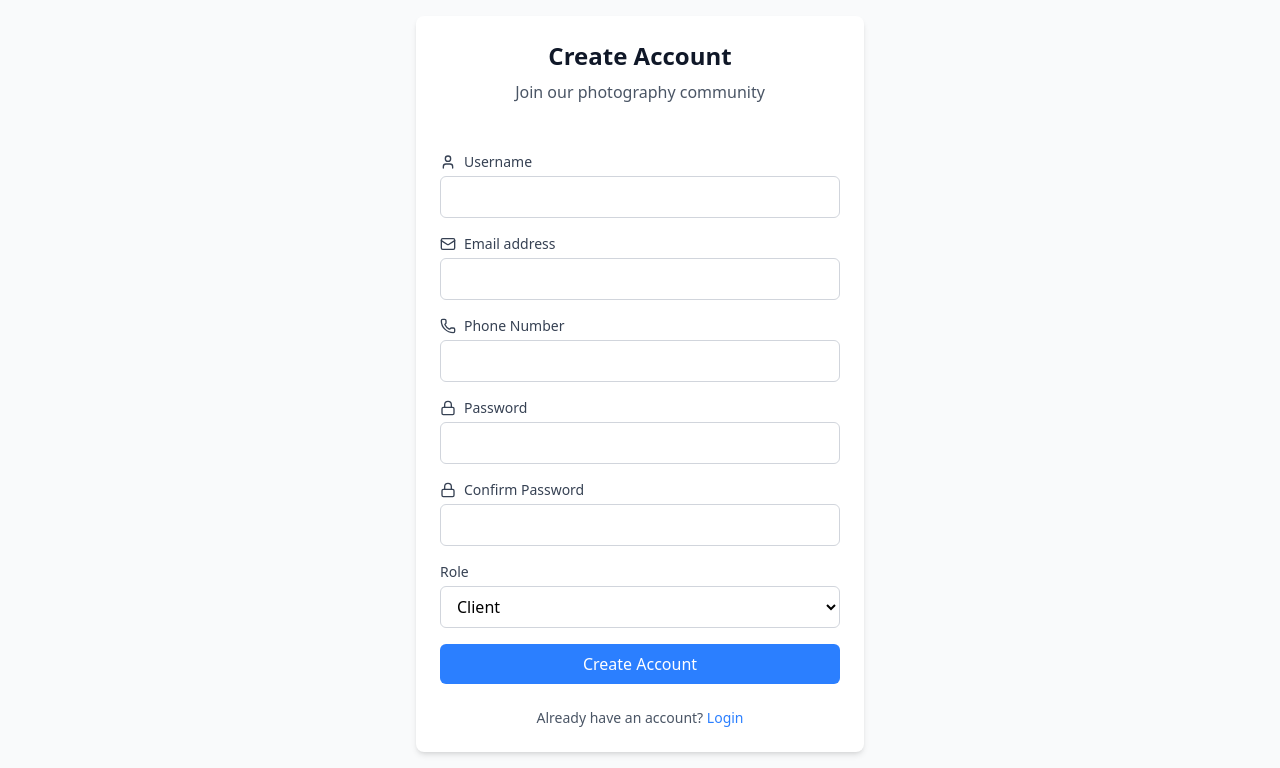
Repository: iamsirajacharya/FYP_Photographer_Booking_system
Page: /register (app in FrontEnd/)
The author's editor kept a copy of each file at every save. The page is drawn from the files as they stood at one save, then again after the next save.
The browser window is 1280 px wide. The pictures show the whole page.
The project was rebuilt for these pictures with package versions that can differ from the ones it lists, and the page was loaded fresh each time. Also part of the build but not shown: FrontEnd/src/components/Dashboard/Banner.jsx, FrontEnd/src/components/Dashboard/Navbar.jsx, FrontEnd/src/components/Dashboard/Home.jsx, FrontEnd/src/components/Authentication/Login.jsx.

Above is the page before, as saved 2025-03-01 13:10:44.

### FrontEnd/index.html
<!DOCTYPE html>
<html lang="en">
  <head>
    <meta charset="UTF-8" />
    <link rel="icon" type="image/svg+xml" href="/vite.svg" />
    <meta name="viewport" content="width=device-width, initial-scale=1.0" />
    <title>Vite + React</title>
    <link href="/src/index.css" rel="stylesheet" />
  </head>
  <body>
    <div id="root"></div>
    <script type="module" src="/src/main.jsx"></script>
  </body>
</html>

### FrontEnd/src/main.jsx
import React from "react";
import { StrictMode } from "react";
import { createRoot } from "react-dom/client";
import "./index.css";
import App from "./App.jsx";
import { BrowserRouter } from "react-router";

createRoot(document.getElementById("root")).render(
  <BrowserRouter>
    <App />
  </BrowserRouter>
);

### FrontEnd/src/App.jsx
import React from "react";
import { Routes, Route } from "react-router";
import Register from "../src/components/Authentication/Register";
import Home from "../src/components/Dashboard/Home";
import Login from "../src/components/Authentication/Login";

function App() {
  return (
    <Routes>
      <Route path="/" element={<Home />} />
      <Route path="/register" element={<Register />} />
      <Route path="/login" element={<Login />} />
    </Routes>
  );
}

export default App;

### FrontEnd/src/components/Authentication/Register.jsx
import React, { useState } from "react";
import axios from "axios";
import { AlertCircle, Camera, User, Mail, Phone, Lock } from "lucide-react";
import { useNavigate } from "react-router-dom";
import ApiLink from "../../api";

const Register = () => {
  const navigate = useNavigate();
  // Form state
  const [formData, setFormData] = useState({
    username: "",
    email: "",
    password: "",
    confirmPassword: "",
    phone: "",
    role: "client",
    // profile_image: null,
    // agreesToTerms: false,
  });

  // Loading and error state
  const [loading, setLoading] = useState(false);
  const [errors, setErrors] = useState({});
  const [successMessage, setSuccessMessage] = useState("");
  // const [photoPreview, setPhotoPreview] = useState(null);

  // Validate form function
  const validateForm = () => {
    const newErrors = {};

    if (!formData.username.trim()) {
      newErrors.username = "Username is required";
    }

    if (!formData.email.trim()) {
      newErrors.email = "Email is required";
    } else if (!/\S+@\S+\.\S+/.test(formData.email)) {
      newErrors.email = "Please enter a valid email";
    }

    if (!formData.phone.trim()) {
      newErrors.phone = "Phone number is required";
    } else if (!/^\+?[\d\s-]{10,}$/.test(formData.phone)) {
      newErrors.phone = "Please enter a valid phone number";
    }

    if (!formData.password) {
      newErrors.password = "Password is required";
    } else if (formData.password.length < 8) {
      newErrors.password = "Password must be at least 8 characters";
    }

    if (!formData.confirmPassword) {
      newErrors.confirmPassword = "Please confirm your password";
    } else if (formData.password !== formData.confirmPassword) {
      newErrors.confirmPassword = "Passwords do not match";
    }

    if (!formData.role.trim()) {
      newErrors.role = "Role is required";
    }

    // if (!formData.agreesToTerms) {
    //   newErrors.agreesToTerms =
    //     "You must agree to the Terms and Privacy Policy";
    // }

    setErrors(newErrors);
    return Object.keys(newErrors).length === 0;
  };

  // Handle input changes
  const handleInputChange = (e) => {
    const { name, value, type, checked } = e.target;
    setFormData({
      ...formData,
      [name]: type === "checkbox" ? checked : value,
    });
  };

  // const handlePhotoUpload = (e) => {
  //   const file = e.target.files[0];
  //   if (file) {
  //     setFormData((prev) => ({ ...prev, profile_image: file }));
  //     setPhotoPreview(URL.createObjectURL(file));
  //   }
  // };

  // Handle form submission
  const handleSubmit = async (e) => {
    e.preventDefault();

    // Validate form first
    if (!validateForm()) {
      return;
    }

    setLoading(true);

    try {
      // For image upload, use FormData
      if (formData.profile_image) {
        const formDataToSend = new FormData();
        formDataToSend.append("username", formData.username);
        formDataToSend.append("email", formData.email);
        formDataToSend.append("password", formData.password);
        formDataToSend.append("phone", formData.phone);
        formDataToSend.append("role", formData.role);
        // formDataToSend.append("profile_image", formData.profile_image);

        const response = await axios.post(
          ApiLink.register.url,
          formDataToSend,
          {
            withCredentials: true,
          }
        );

        console.log("Registration response:", response.data);
      } else {
        // Without image, send regular JSON
        const userData = {
          username: formData.username,
          email: formData.email,
          password: formData.password,
          phone: formData.phone,
          role: formData.role,
        };

        console.log("Sending data:", userData);

        const response = await axios.post(ApiLink.register.url, userData, {
          headers: {
            "Content-Type": "application/json",
          },
          withCredentials: true,
        });

        console.log("Registration response:", response.data);
      }

      setSuccessMessage("Registration successful! Redirecting to login...");

      // Reset form after successful registration
      setFormData({
        username: "",
        email: "",
        password: "",
        confirmPassword: "",
        phone: "",
        role: "client",
        // profile_image: null,
        // agreesToTerms: false,
      });
      setPhotoPreview(null);

      // Redirect to login after a delay
      setTimeout(() => navigate("/login"), 2000);
    } catch (err) {
      console.error("Registration error:", err);
      console.log("Error response data:", err.response?.data);

      if (err.response?.data?.message) {
        setErrors({
          general: err.response.data.message,
        });
      } else if (err.response?.data?.errors) {
        setErrors(err.response.data.errors);
      } else {
        setErrors({
          general: "Registration failed. Please try again.",
        });
      }
    } finally {
      setLoading(false);
    }
  };

  return (
    <div className="min-h-screen bg-gray-50 flex items-center justify-center p-4">
      <div className="max-w-md w-full bg-white rounded-lg shadow-md p-6 space-y-6">
        <div className="text-center">
          <h1 className="text-2xl font-bold text-gray-900">Create Account</h1>
          {successMessage && (
            <p className="text-green-600 text-center">{successMessage}</p>
          )}
          {errors.general && (
            <p className="text-red-600 text-center">{errors.general}</p>
          )}
          <p className="text-gray-600 mt-2">Join our photography community</p>
        </div>

        <form onSubmit={handleSubmit} className="space-y-4">
          <div className="flex justify-center mb-6">
            {/* <div className="relative">
              <div className="w-24 h-24 rounded-full bg-gray-100 flex items-center justify-center overflow-hidden">
                {photoPreview ? (
                  <img
                    src={photoPreview}
                    alt="Profile preview"
                    className="w-full h-full object-cover"
                  />
                ) : (
                  <Camera className="w-8 h-8 text-gray-400" />
                )}
              </div>
              <label
                htmlFor="photo-upload"
                className="absolute bottom-0 right-0 bg-blue-500 rounded-full p-2 cursor-pointer"
              >
                <input
                  type="file"
                  id="photo-upload"
                  className="hidden"
                  accept="image/*"
                  onChange={handlePhotoUpload}
                />
                <span className="text-white text-xl">+</span>
              </label>
            </div> */}
          </div>

          <div className="space-y-4">
            <div>
              <label className="block text-sm font-medium text-gray-700">
                <div className="flex items-center space-x-2">
                  <User className="w-4 h-4" />
                  <span>Username</span>
                </div>
              </label>
              <input
                type="text"
                name="username"
                value={formData.username}
                onChange={handleInputChange}
                className={`mt-1 block w-full rounded-md border ${
                  errors.username ? "border-red-300" : "border-gray-300"
                } px-3 py-2 focus:border-blue-500 focus:outline-none focus:ring-1 focus:ring-blue-500`}
              />
              {errors.username && (
                <p className="mt-1 text-sm text-red-600 flex items-center">
                  <AlertCircle className="w-4 h-4 mr-1" />
                  {errors.username}
                </p>
              )}
            </div>

            <div>
              <label className="block text-sm font-medium text-gray-700">
                <div className="flex items-center space-x-2">
                  <Mail className="w-4 h-4" />
                  <span>Email address</span>
                </div>
              </label>
              <input
                type="email"
                name="email"
                value={formData.email}
                onChange={handleInputChange}
                className={`mt-1 block w-full rounded-md border ${
                  errors.email ? "border-red-300" : "border-gray-300"
                } px-3 py-2 focus:border-blue-500 focus:outline-none focus:ring-1 focus:ring-blue-500`}
              />
              {errors.email && (
                <p className="mt-1 text-sm text-red-600 flex items-center">
                  <AlertCircle className="w-4 h-4 mr-1" />
                  {errors.email}
                </p>
              )}
            </div>

            <div>
              <label className="block text-sm font-medium text-gray-700">
                <div className="flex items-center space-x-2">
                  <Phone className="w-4 h-4" />
                  <span>Phone Number</span>
                </div>
              </label>
              <input
                type="tel"
                name="phone"
                value={formData.phone}
                onChange={handleInputChange}
                className={`mt-1 block w-full rounded-md border ${
                  errors.phone ? "border-red-300" : "border-gray-300"
                } px-3 py-2 focus:border-blue-500 focus:outline-none focus:ring-1 focus:ring-blue-500`}
              />
              {errors.phone && (
                <p className="mt-1 text-sm text-red-600 flex items-center">
                  <AlertCircle className="w-4 h-4 mr-1" />
                  {errors.phone}
                </p>
              )}
            </div>

            <div>
              <label className="block text-sm font-medium text-gray-700">
                <div className="flex items-center space-x-2">
                  <Lock className="w-4 h-4" />
                  <span>Password</span>
                </div>
              </label>
              <input
                type="password"
                name="password"
                value={formData.password}
                onChange={handleInputChange}
                className={`mt-1 block w-full rounded-md border ${
                  errors.password ? "border-red-300" : "border-gray-300"
                } px-3 py-2 focus:border-blue-500 focus:outline-none focus:ring-1 focus:ring-blue-500`}
              />
              {errors.password && (
                <p className="mt-1 text-sm text-red-600 flex items-center">
                  <AlertCircle className="w-4 h-4 mr-1" />
                  {errors.password}
                </p>
              )}
            </div>

            <div>
              <label className="block text-sm font-medium text-gray-700">
                <div className="flex items-center space-x-2">
                  <Lock className="w-4 h-4" />
                  <span>Confirm Password</span>
                </div>
              </label>
              <input
                type="password"
                name="confirmPassword"
                value={formData.confirmPassword}
                onChange={handleInputChange}
                className={`mt-1 block w-full rounded-md border ${
                  errors.confirmPassword ? "border-red-300" : "border-gray-300"
                } px-3 py-2 focus:border-blue-500 focus:outline-none focus:ring-1 focus:ring-blue-500`}
              />
              {errors.confirmPassword && (
                <p className="mt-1 text-sm text-red-600 flex items-center">
                  <AlertCircle className="w-4 h-4 mr-1" />
                  {errors.confirmPassword}
                </p>
              )}
            </div>

            <div>
              <label className="block text-sm font-medium text-gray-700">
                Role
              </label>
              <select
                name="role"
                value={formData.role}
                onChange={handleInputChange}
                className={`mt-1 block w-full rounded-md border ${
                  errors.role ? "border-red-300" : "border-gray-300"
                } px-3 py-2 focus:border-blue-500 focus:outline-none focus:ring-1 focus:ring-blue-500`}
              >
                <option value="">Select role</option>
                <option value="client">Client</option>
                <option value="photographer">Photographer</option>
              </select>
              {errors.role && (
                <p className="mt-1 text-sm text-red-600 flex items-center">
                  <AlertCircle className="w-4 h-4 mr-1" />
                  {errors.role}
                </p>
              )}
            </div>

            {/* <div className="flex items-center">
              <input
                type="checkbox"
                name="agreesToTerms"
                checked={formData.agreesToTerms}
                onChange={handleInputChange}
                className="h-4 w-4 text-blue-500 focus:ring-blue-500 border-gray-300 rounded"
              />
              <label className="ml-2 block text-sm text-gray-700">
                I agree to the{" "}
                <a href="#" className="text-blue-500 hover:text-blue-700">
                  Terms of Service
                </a>{" "}
                and{" "}
                <a href="#" className="text-blue-500 hover:text-blue-700">
                  Privacy Policy
                </a>
              </label>
            </div>
            {errors.agreesToTerms && (
              <p className="text-sm text-red-600 flex items-center">
                <AlertCircle className="w-4 h-4 mr-1" />
                {errors.agreesToTerms}
              </p>
            )} */}
          </div>

          <button
            type="submit"
            className="w-full bg-blue-500 text-white py-2 px-4 rounded-md hover:bg-blue-600 focus:outline-none focus:ring-2 focus:ring-blue-500 focus:ring-offset-2 transition-colors"
            disabled={loading}
          >
            {loading ? "Registering..." : "Create Account"}
          </button>
        </form>

        <div className="text-center text-sm">
          <span className="text-gray-600">Already have an account?</span>{" "}
          <a href="/login" className="text-blue-500 hover:text-blue-700">
            Login
          </a>
        </div>
      </div>
    </div>
  );
};

export default Register;

### FrontEnd/src/api.js
const backEndDomain = "http://localhost:3001";

const ApiLink = {
  register: {
    url: `${backEndDomain}/api/register`,
    method: "post",
  },
  login: {
    url: `${backEndDomain}/api/login`,
    method: "post",
  },
  logout: {
    url: `${backEndDomain}/api/logout`,
    method: "post",
  },
};

export default ApiLink;

Loaded but not shown: FrontEnd/src/index.css (common file)

After the next save:
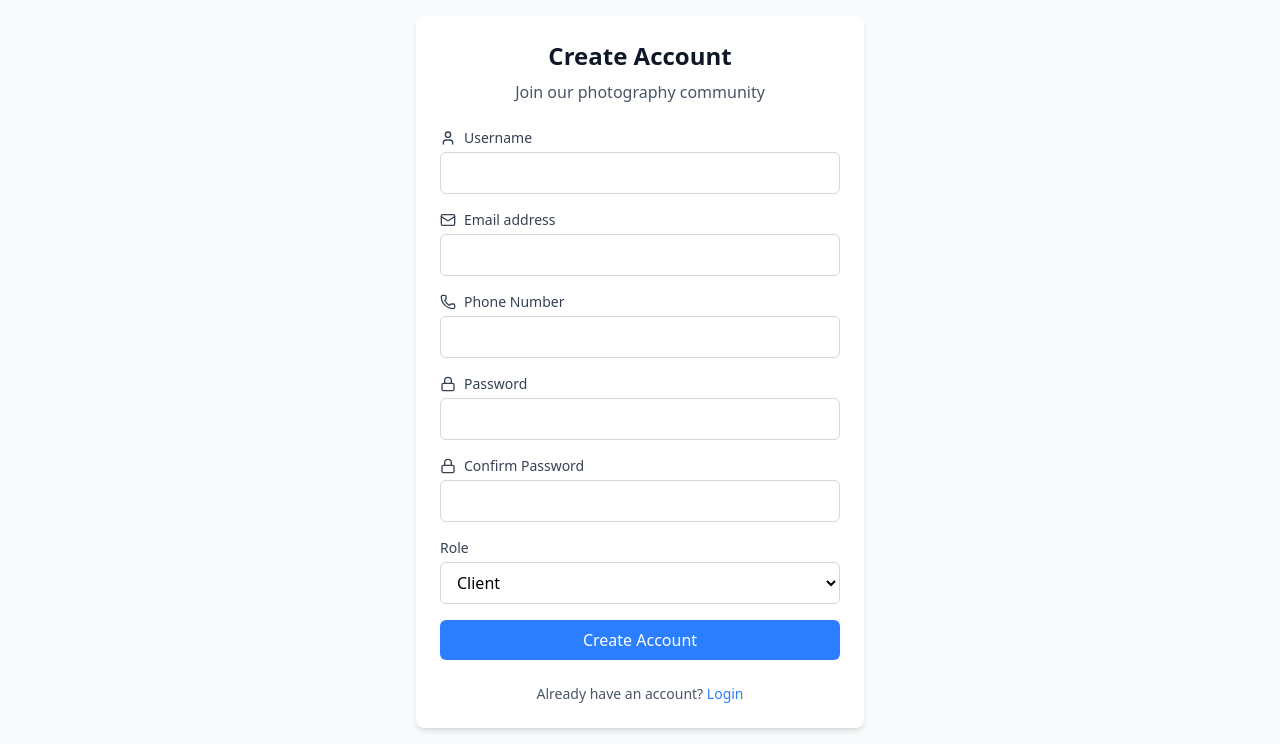
Saved 25 s later.
--- a/FrontEnd/src/components/Authentication/Register.jsx
+++ b/FrontEnd/src/components/Authentication/Register.jsx
@@ -191,8 +191,8 @@ const Register = () => {
         </div>
 
         <form onSubmit={handleSubmit} className="space-y-4">
-          <div className="flex justify-center mb-6">
-            {/* <div className="relative">
+          {/* <div className="flex justify-center mb-6">
+            <div className="relative">
               <div className="w-24 h-24 rounded-full bg-gray-100 flex items-center justify-center overflow-hidden">
                 {photoPreview ? (
                   <img
@@ -217,8 +217,8 @@ const Register = () => {
                 />
                 <span className="text-white text-xl">+</span>
               </label>
-            </div> */}
-          </div>
+            </div>
+          </div> */}
 
           <div className="space-y-4">
             <div>
